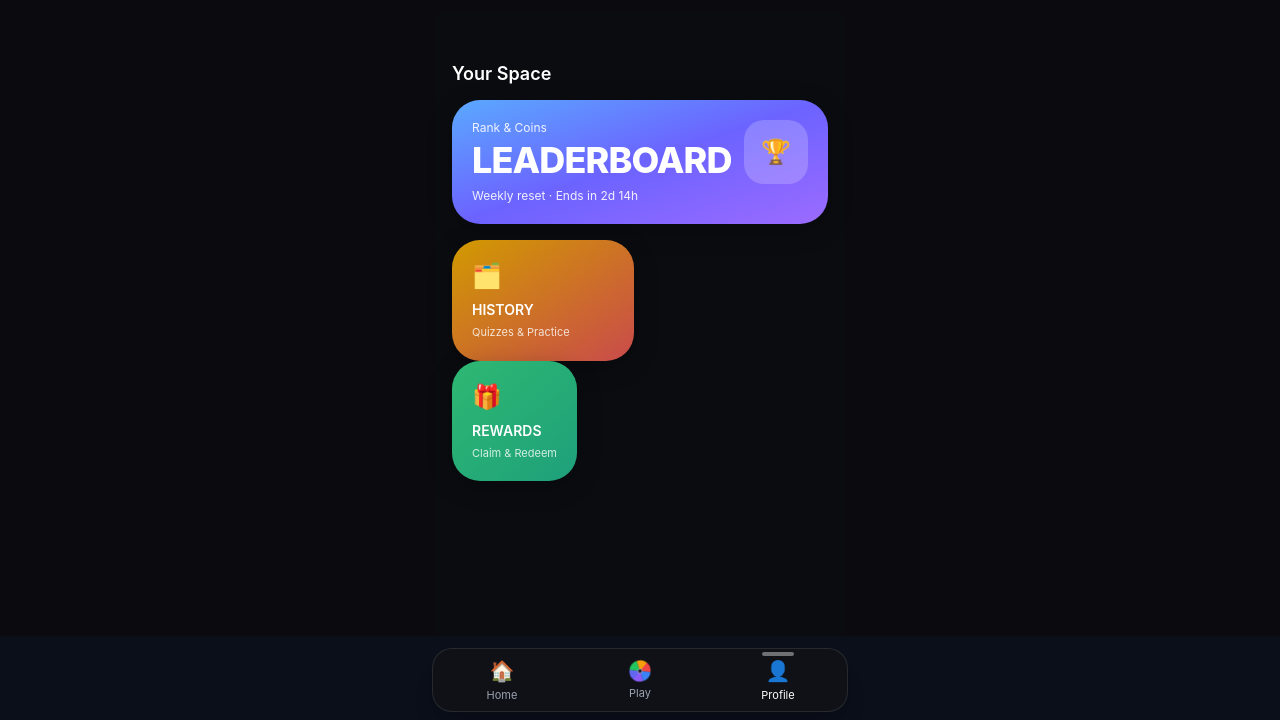
Repository: nirmaldas07/quizify-app
Page: /profile
These files come from the project's save history. The page is drawn as it stood at one moment and after the next save; the edit follows.
The browser window is 1280 px wide. The pictures show the whole page.
The project was rebuilt for these pictures with package versions that can differ from the ones it lists, and the page was loaded fresh each time. Also part of the build but not shown: src/components/ConfirmStartSheet.jsx, src/components/CoinFly.jsx, src/components/Home.jsx, src/components/Play.jsx, src/components/Quiz.jsx, src/components/PartySpin.jsx, src/components/Profile/Screen.jsx, src/components/Profile/Leaderboard.jsx and 2 more.

Above is the page before, as saved 2025-08-25 14:47:58.

After the next save:
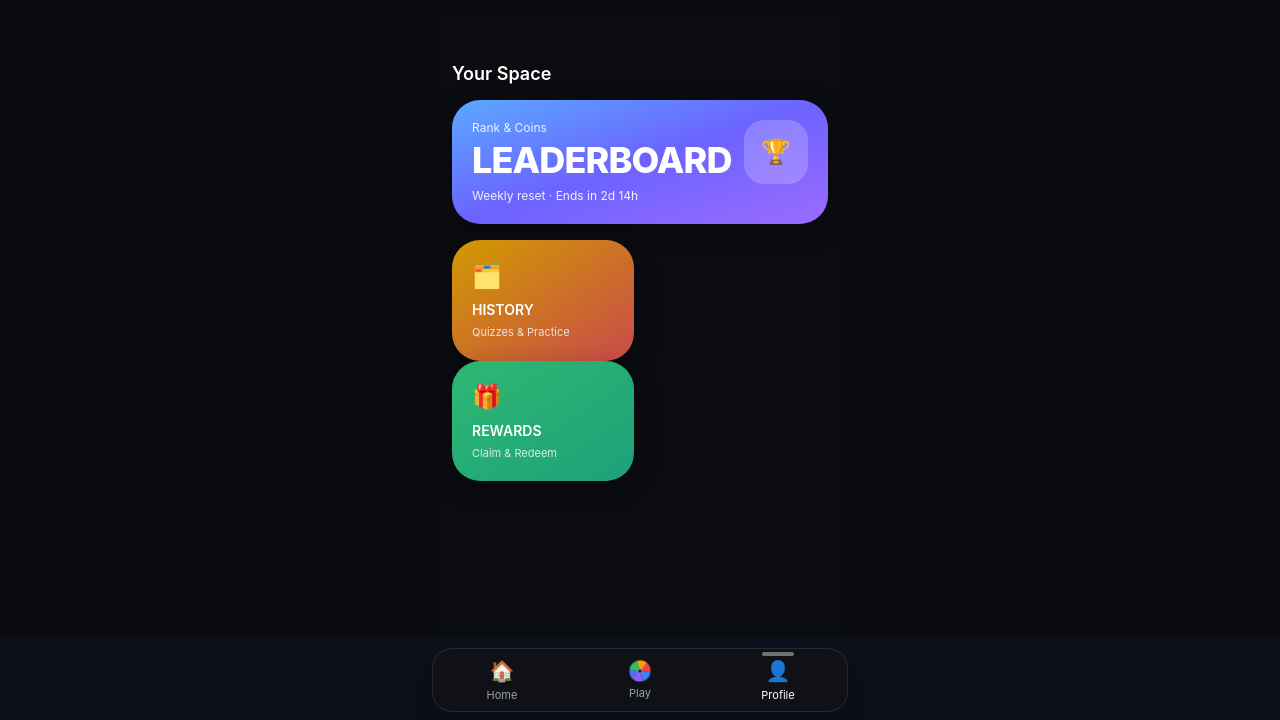
Saved 48 s later.
--- a/src/components/Profile/ProfileHome.jsx
+++ b/src/components/Profile/ProfileHome.jsx
@@ -36,6 +36,7 @@ export default function ProfileHome() {
           <div className="text-[11px] opacity-80 mt-1">Quizzes & Practice</div>
         </button>
       </div>
+      <div className="grid grid-cols-2 gap-3">
       <button
         onClick={() => navigate("/profile/rewards")}
         className={`${TILE} bg-gradient-to-br from-[#2EB872] to-[#1EA07A]`}
@@ -44,7 +45,7 @@ export default function ProfileHome() {
         <div className="text-sm font-semibold">REWARDS</div>
         <div className="text-[11px] opacity-80 mt-1">Claim & Redeem</div>
         </button>
-
+    </div>
     </div>
   );
 }
